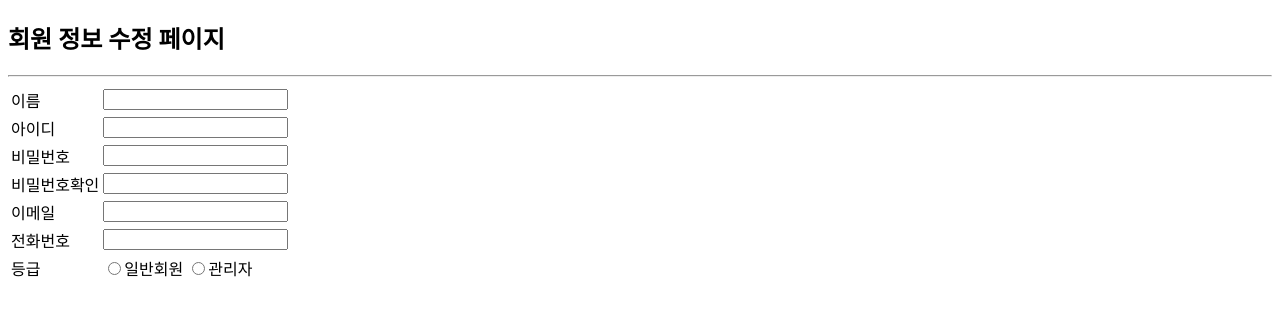
Repository: totesbk/JSP-
Page: http://localhost/web09/MemberUpdate.do
The author's editor kept a copy of each file at every save. The page is drawn from the files as they stood at one save, then again after the next save.
The browser window is 1280 px wide. The pictures show the whole page.
The page is served by Tomcat 9. Queries for data that is not in the repository find no rows.

Above is the page before, as saved 2020-10-14 05:45:47.

After the next save:
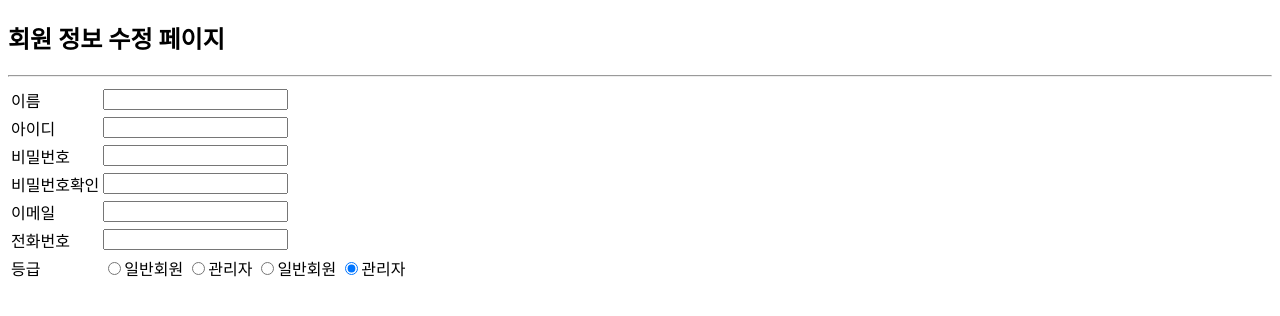
Saved 62 s later.
--- a/web09/WebContent/member/memberUpdate.jsp
+++ b/web09/WebContent/member/memberUpdate.jsp
@@ -53,10 +53,12 @@
 			<td>
 				<c:choose>
 					<c:when test="${mVo.admin==0}">
-						<input type="radio" name="admin" value="0">일반회원
+						<input type="radio" name="admin" value="0" checked="checked">일반회원
+						<input type="radio" name="admin" value="1">관리자
 					</c:when>
 					<c:when test="${mVo.admin==1}">
-					<input type="radio" name="admin" value="1">관리자
+					<input type="radio" name="admin" value="0">일반회원
+					<input type="radio" name="admin" value="1" checked="checked">관리자
 					</c:when>
 				</c:choose>
 			</td>
